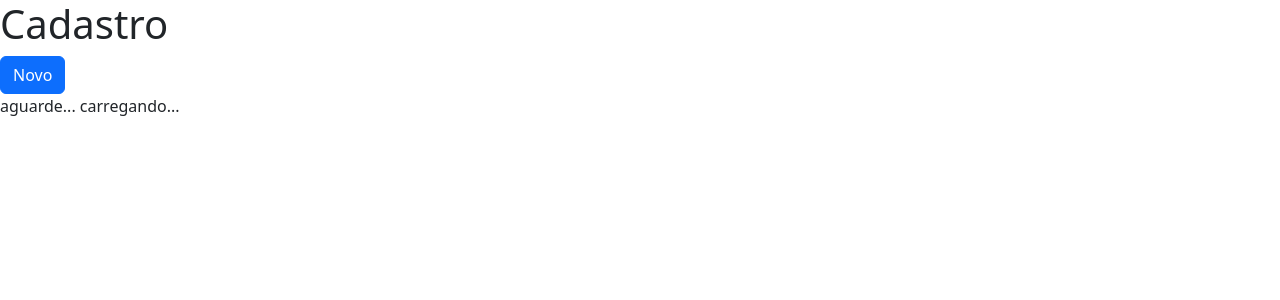
Repository: marcolino-t/Desenvolvimento_Web
Page: OlaMundo2/src/main/webapp/cadastroapi/pessoa.html
An editor plug-in stored every save of this project. The page is shown before and after the next save, followed by the edit.
The browser window is 1280 px wide. The pictures show the whole page.
The page's requests for data from a server got no answer.

Above is the page before, as saved 2024-11-19 22:53:42.

After the next save:
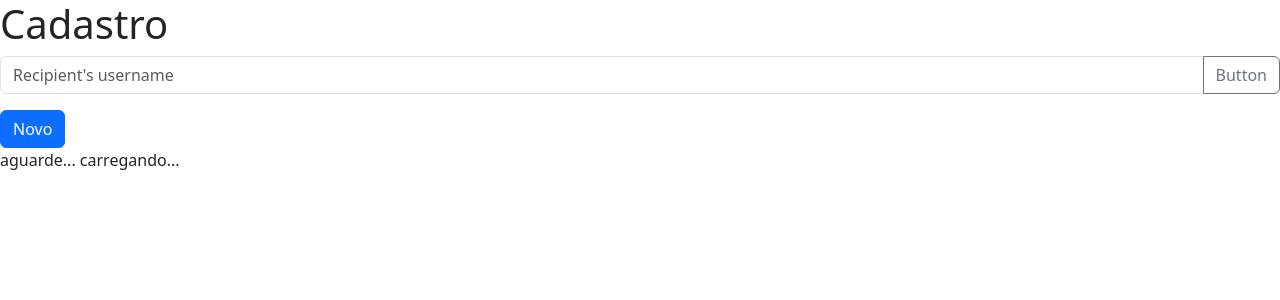
Saved 31 s later.
--- a/OlaMundo2/src/main/webapp/cadastroapi/pessoa.html
+++ b/OlaMundo2/src/main/webapp/cadastroapi/pessoa.html
@@ -9,7 +9,10 @@
 <body>
 	<h1>Cadastro</h1>
 
-
+	<div class="input-group mb-3">
+  <input type="text" class="form-control" placeholder="Recipient's username" aria-label="Recipient's username" aria-describedby="button-addon2">
+  <button class="btn btn-outline-secondary" type="button" id="button-addon2">Button</button>
+</div>
 
 
 	<button type="button" class="btn btn-primary" onclick = "novo()">Novo</button>

After the save that followed:
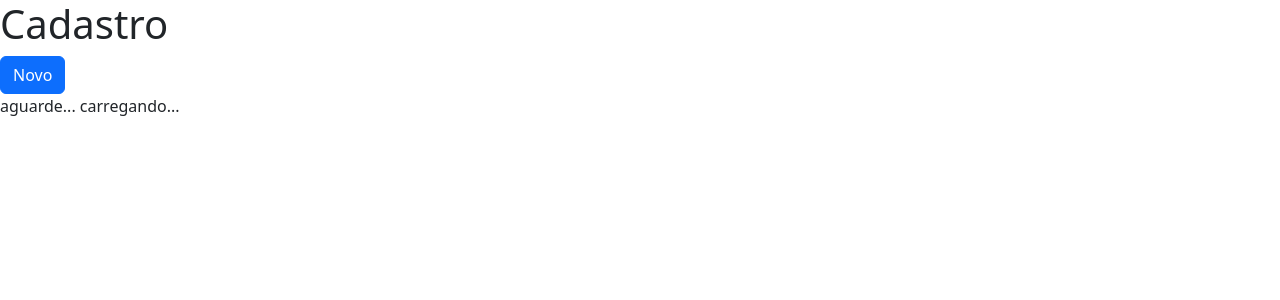
Saved 20 s later.
--- a/OlaMundo2/src/main/webapp/cadastroapi/pessoa.html
+++ b/OlaMundo2/src/main/webapp/cadastroapi/pessoa.html
@@ -9,10 +9,7 @@
 <body>
 	<h1>Cadastro</h1>
 
-	<div class="input-group mb-3">
-  <input type="text" class="form-control" placeholder="Recipient's username" aria-label="Recipient's username" aria-describedby="button-addon2">
-  <button class="btn btn-outline-secondary" type="button" id="button-addon2">Button</button>
-</div>
+
 
 
 	<button type="button" class="btn btn-primary" onclick = "novo()">Novo</button>
